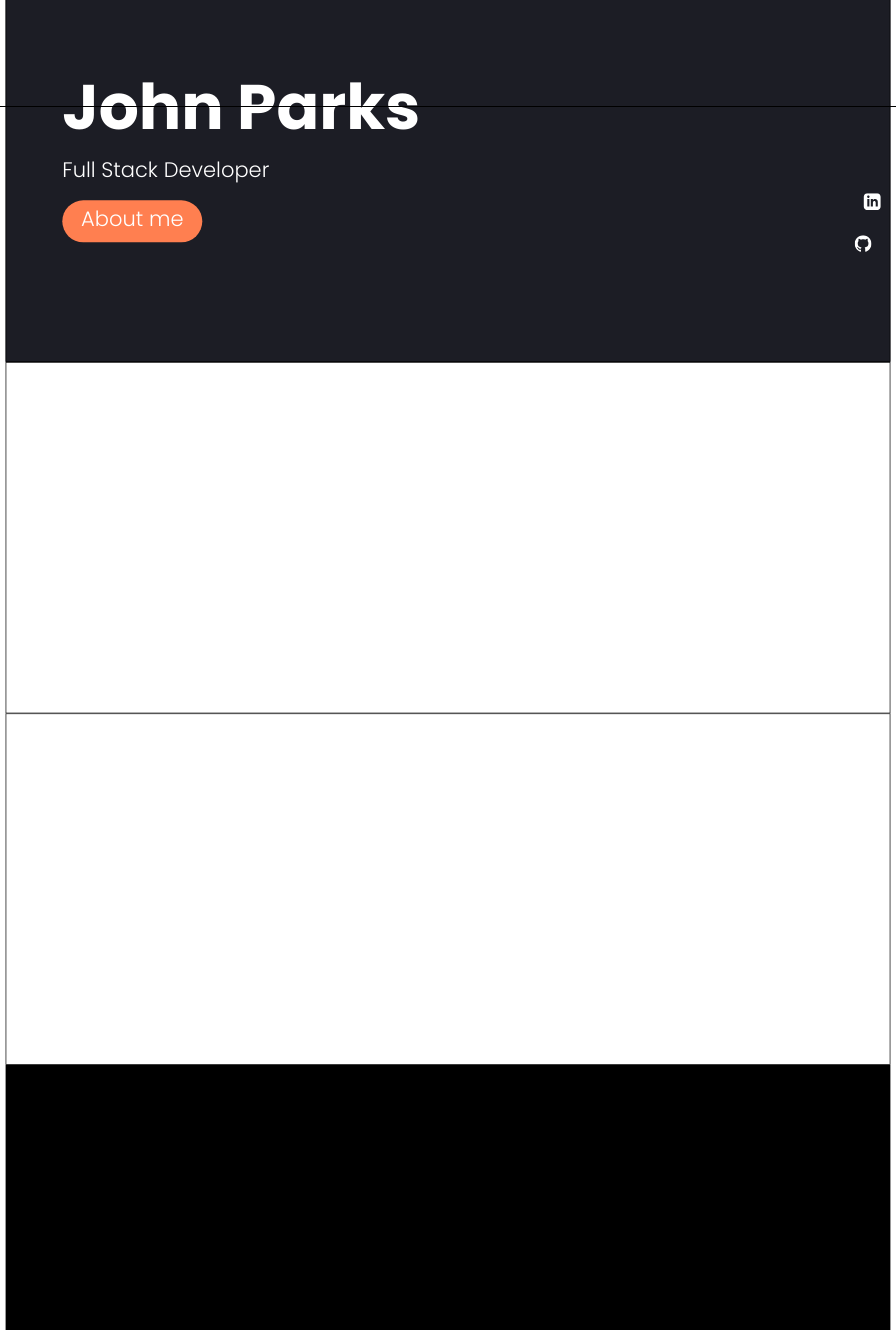
Repository: Jcparks84/Portfolio
Page: index.html
An editor plug-in stored every save of this project. The page is shown before and after a run of saves, followed by the edit.
The browser window is 1280 px wide. The pictures show the part of the page from y = 213 to 2113 px (the page is 2242 px tall), at 70% of full size.
A picture or video elsewhere on the page could not be fetched, so the positions and the page height are approximate.

Above is the page before, as saved 2022-08-10 15:12:15.

### index.html
<!DOCTYPE html>
<html>
    <head>
        <link rel="stylesheet" href="src/styles.css"/>
        <link rel="preconnect" href="https://fonts.googleapis.com">
        <link rel="preconnect" href="https://fonts.gstatic.com" crossorigin>
        <link href="https://fonts.googleapis.com/css2?family=Poppins:wght@300;400;600;700;800&display=swap" rel="stylesheet">
        <title>Portfolio</title>
        <meta charset="UTF-8" />
    </head>
    <body>
        <section class="hero">
            <nav>
                <img class="logo" src="src/images/coding-png-11.png" alt="John's Logo"/>
                <ul>
                    <li>About Me</li>
                    <li>Projects</li>
                    <li>Contact Me</li>
                </ul>
            </nav>
            <div class="hero-area">
                <div class="hero-text">
                <h1>John Parks</h1>
                <p>Full Stack Developer</p>
                <div class="button">About me</div>
            </div>
            <div class="socials">
                <div>
                    <svg xmlns="http://www.w3.org/2000/svg" fill="#ffffff" width="50" height="24" viewBox="0 0 24 24"><path d="M19 0h-14c-2.761 0-5 2.239-5 5v14c0 2.761 2.239 5 5 5h14c2.762 0 5-2.239 5-5v-14c0-2.761-2.238-5-5-5zm-11 19h-3v-11h3v11zm-1.5-12.268c-.966 0-1.75-.79-1.75-1.764s.784-1.764 1.75-1.764 1.75.79 1.75 1.764-.783 1.764-1.75 1.764zm13.5 12.268h-3v-5.604c0-3.368-4-3.113-4 0v5.604h-3v-11h3v1.765c1.396-2.586 7-2.777 7 2.476v6.759z"/></svg>
                </div>
                <div>
                    <svg xmlns="http://www.w3.org/2000/svg" fill="#ffffff" width="24" height="24" viewBox="0 0 24 24"><path d="M12 0c-6.626 0-12 5.373-12 12 0 5.302 3.438 9.8 8.207 11.387.599.111.793-.261.793-.577v-2.234c-3.338.726-4.033-1.416-4.033-1.416-.546-1.387-1.333-1.756-1.333-1.756-1.089-.745.083-.729.083-.729 1.205.084 1.839 1.237 1.839 1.237 1.07 1.834 2.807 1.304 3.492.997.107-.775.418-1.305.762-1.604-2.665-.305-5.467-1.334-5.467-5.931 0-1.311.469-2.381 1.236-3.221-.124-.303-.535-1.524.117-3.176 0 0 1.008-.322 3.301 1.23.957-.266 1.983-.399 3.003-.404 1.02.005 2.047.138 3.006.404 2.291-1.552 3.297-1.23 3.297-1.23.653 1.653.242 2.874.118 3.176.77.84 1.235 1.911 1.235 3.221 0 4.609-2.807 5.624-5.479 5.921.43.372.823 1.102.823 2.222v3.293c0 .319.192.694.801.576 4.765-1.589 8.199-6.086 8.199-11.386 0-6.627-5.373-12-12-12z"/></svg>
                </div>
            </div>
        </div>
        </section>
        <section></section>
        <section></section>
        <footer></footer>

        <script src="src/app.js"></script>
    </body>
</html>

### src/styles.css
body {
    font-family: 'Poppins', sans-serif;

}

section {
    height: 500px;
    background-color: white;
    border: solid black 1px;
}

.hero {
    background-color: #1c1d25;
    height: 100vh;
    color: white;
    font-size: 40px;
}

footer {
    height: 500px;
    background-color: black;
}

nav {
    display: flex;
    justify-content: space-between;
}

ul {
    display: flex;
    list-style-type: none;
    width: 500px;
    justify-content: space-around;
    font-size: 30px;
}

li {
    text-decoration: none;
}

h1 {
    font-size: 90px;
    margin: 0;
}

p {
    margin: 0;
    font-size: 30px;
    font-weight: 300;
}

.hero-area {
    display: flex;
    height: 100%;
    justify-content: space-between;
    align-items: center;
}

.hero-text {
    margin-left: 80px;
    margin-bottom: 200px;
}

.button {
    width: 200px;
    height: 55px;
    border-radius: 30px;
    background-color: coral;
    text-align: center;
    font-size: 30px;
    font-weight: 300;
    padding-top: 5px;
    margin-top: 20px;
}

.button:hover {
    background-color: #ef744b;
}

.button:active {
    background-color: #A9A9A9;
    color: #808080;
}

.social-class {
    padding-bottom: 200px;
}

.logo {
    height: 100px;
    margin: 30px;
}

Loaded but not shown: src/app.js (no stored copy; drawn as an empty file)

After the next 5 saves:
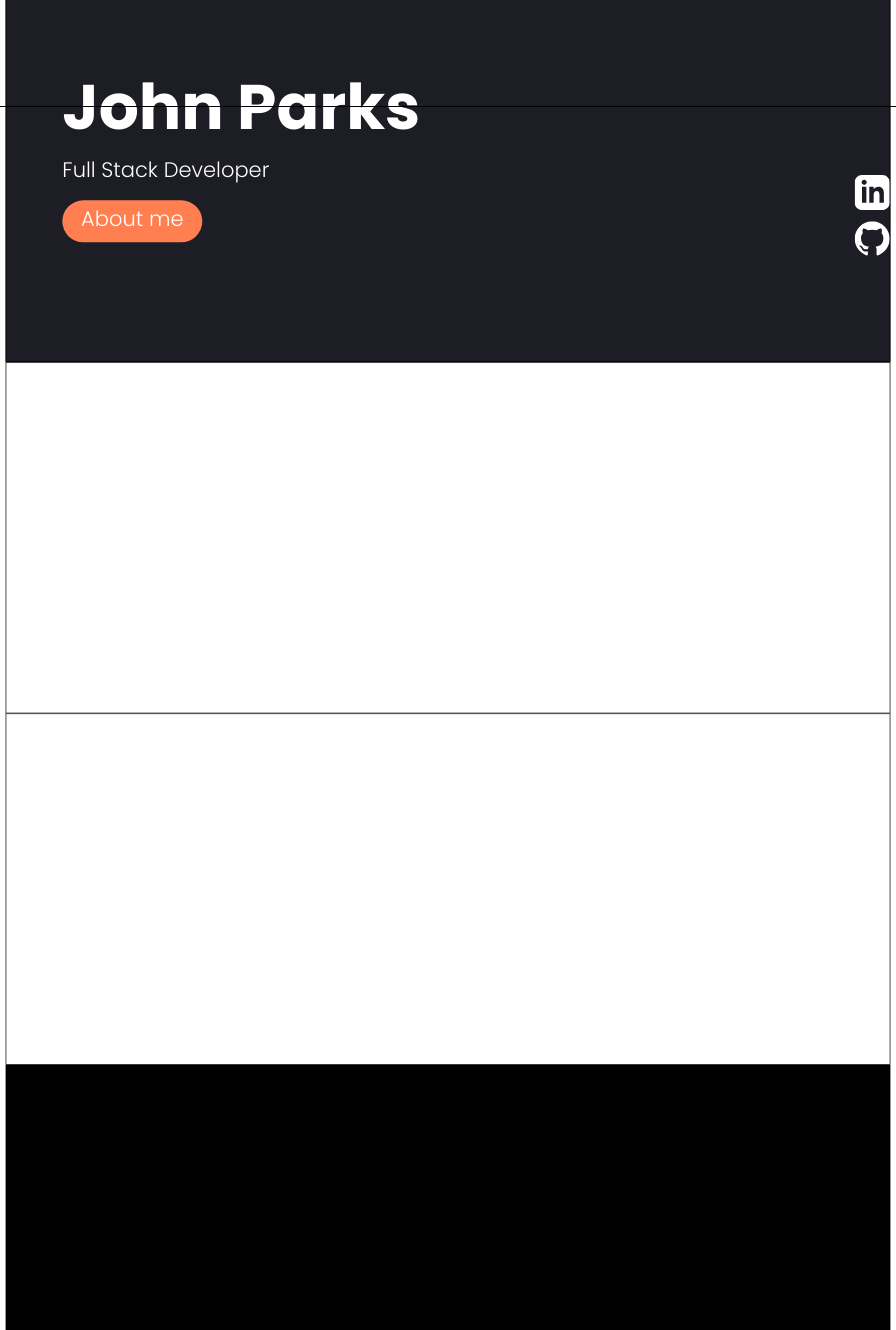
The 5 saves are shown as one change because they came seconds apart.
The last was saved 14 s later.
--- a/index.html
+++ b/index.html
@@ -26,10 +26,10 @@
             </div>
             <div class="socials">
                 <div>
-                    <svg xmlns="http://www.w3.org/2000/svg" fill="#ffffff" width="50" height="24" viewBox="0 0 24 24"><path d="M19 0h-14c-2.761 0-5 2.239-5 5v14c0 2.761 2.239 5 5 5h14c2.762 0 5-2.239 5-5v-14c0-2.761-2.238-5-5-5zm-11 19h-3v-11h3v11zm-1.5-12.268c-.966 0-1.75-.79-1.75-1.764s.784-1.764 1.75-1.764 1.75.79 1.75 1.764-.783 1.764-1.75 1.764zm13.5 12.268h-3v-5.604c0-3.368-4-3.113-4 0v5.604h-3v-11h3v1.765c1.396-2.586 7-2.777 7 2.476v6.759z"/></svg>
+                    <svg xmlns="http://www.w3.org/2000/svg" fill="#ffffff" width="50" height="50" viewBox="0 0 24 24"><path d="M19 0h-14c-2.761 0-5 2.239-5 5v14c0 2.761 2.239 5 5 5h14c2.762 0 5-2.239 5-5v-14c0-2.761-2.238-5-5-5zm-11 19h-3v-11h3v11zm-1.5-12.268c-.966 0-1.75-.79-1.75-1.764s.784-1.764 1.75-1.764 1.75.79 1.75 1.764-.783 1.764-1.75 1.764zm13.5 12.268h-3v-5.604c0-3.368-4-3.113-4 0v5.604h-3v-11h3v1.765c1.396-2.586 7-2.777 7 2.476v6.759z"/></svg>
                 </div>
                 <div>
-                    <svg xmlns="http://www.w3.org/2000/svg" fill="#ffffff" width="24" height="24" viewBox="0 0 24 24"><path d="M12 0c-6.626 0-12 5.373-12 12 0 5.302 3.438 9.8 8.207 11.387.599.111.793-.261.793-.577v-2.234c-3.338.726-4.033-1.416-4.033-1.416-.546-1.387-1.333-1.756-1.333-1.756-1.089-.745.083-.729.083-.729 1.205.084 1.839 1.237 1.839 1.237 1.07 1.834 2.807 1.304 3.492.997.107-.775.418-1.305.762-1.604-2.665-.305-5.467-1.334-5.467-5.931 0-1.311.469-2.381 1.236-3.221-.124-.303-.535-1.524.117-3.176 0 0 1.008-.322 3.301 1.23.957-.266 1.983-.399 3.003-.404 1.02.005 2.047.138 3.006.404 2.291-1.552 3.297-1.23 3.297-1.23.653 1.653.242 2.874.118 3.176.77.84 1.235 1.911 1.235 3.221 0 4.609-2.807 5.624-5.479 5.921.43.372.823 1.102.823 2.222v3.293c0 .319.192.694.801.576 4.765-1.589 8.199-6.086 8.199-11.386 0-6.627-5.373-12-12-12z"/></svg>
+                    <svg xmlns="http://www.w3.org/2000/svg" fill="#ffffff" width="50" height="50" viewBox="0 0 24 24"><path d="M12 0c-6.626 0-12 5.373-12 12 0 5.302 3.438 9.8 8.207 11.387.599.111.793-.261.793-.577v-2.234c-3.338.726-4.033-1.416-4.033-1.416-.546-1.387-1.333-1.756-1.333-1.756-1.089-.745.083-.729.083-.729 1.205.084 1.839 1.237 1.839 1.237 1.07 1.834 2.807 1.304 3.492.997.107-.775.418-1.305.762-1.604-2.665-.305-5.467-1.334-5.467-5.931 0-1.311.469-2.381 1.236-3.221-.124-.303-.535-1.524.117-3.176 0 0 1.008-.322 3.301 1.23.957-.266 1.983-.399 3.003-.404 1.02.005 2.047.138 3.006.404 2.291-1.552 3.297-1.23 3.297-1.23.653 1.653.242 2.874.118 3.176.77.84 1.235 1.911 1.235 3.221 0 4.609-2.807 5.624-5.479 5.921.43.372.823 1.102.823 2.222v3.293c0 .319.192.694.801.576 4.765-1.589 8.199-6.086 8.199-11.386 0-6.627-5.373-12-12-12z"/></svg>
                 </div>
             </div>
         </div>
